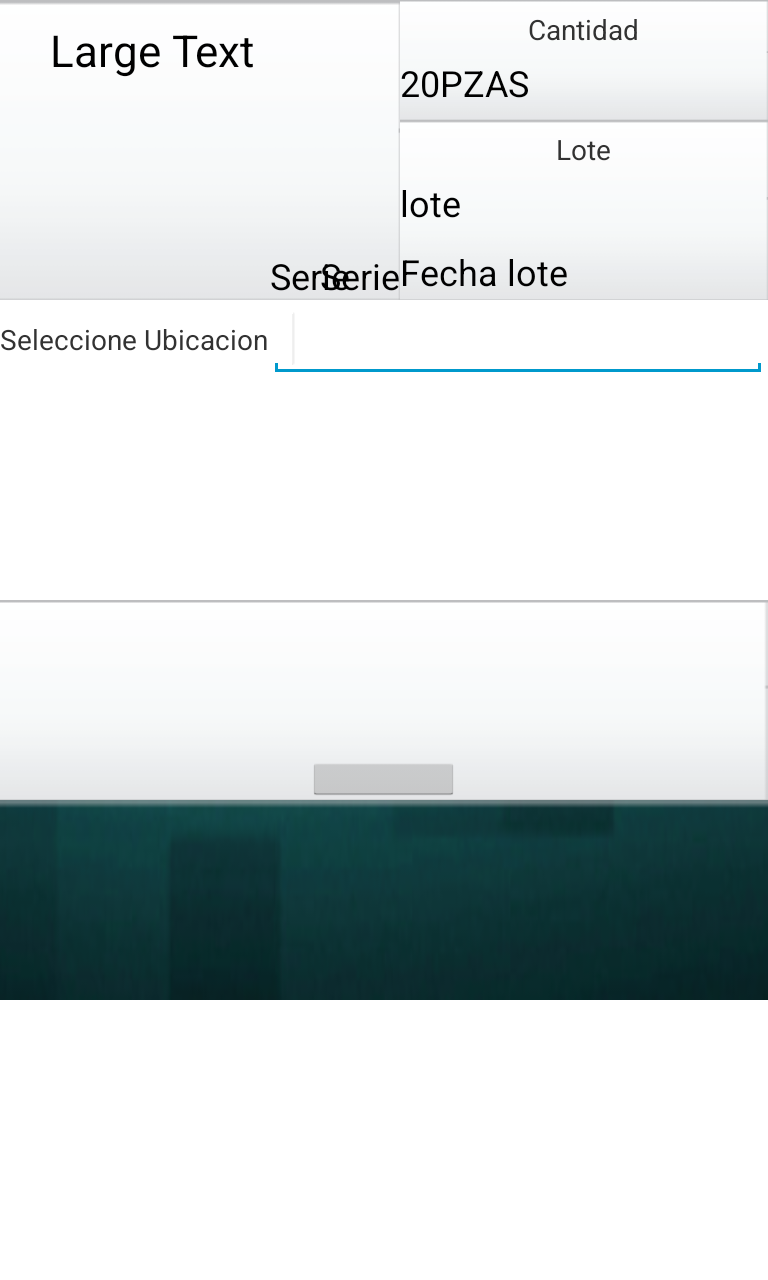
Repository: moynard/PeanutAndroid
Layout: WHSStorekeeper/res/layout/detail_arrivados.xml
These files come from the project's save history. The layout is drawn as it stood at one moment and after the next save; the edit follows.
It is drawn on a 768 x 1280 px phone screen (xhdpi) without system bars, with theme AppTheme; the app's code is not run.

Above is the layout before, as saved 2013-07-25 00:30:06.

After the next save:
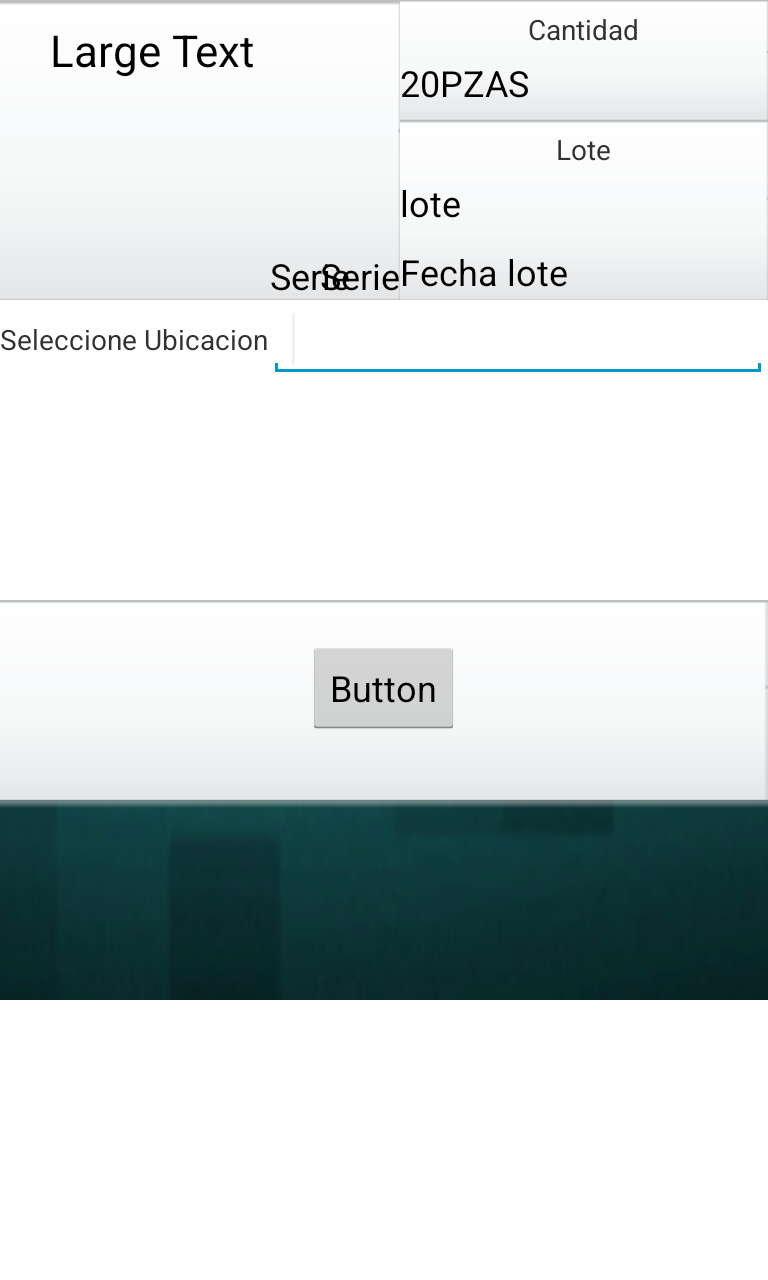
Saved 9 s later.
--- a/WHSStorekeeper/res/layout/detail_arrivados.xml
+++ b/WHSStorekeeper/res/layout/detail_arrivados.xml
@@ -166,7 +166,7 @@
                       android:layout_height="wrap_content"
                       android:layout_below="@+id/autocomplete"
                       android:layout_centerHorizontal="true"
-                      android:layout_marginTop="79dp"
+                      android:layout_marginTop="20dp"
                       android:text="Button" />
     </RelativeLayout>
      <RelativeLayout
